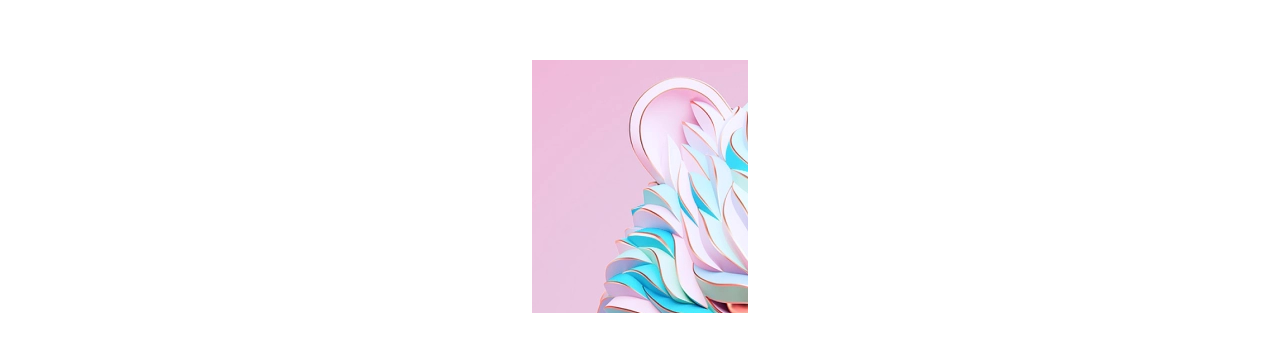
Repository: longNT0dev/C4E132
Page: SS4/index.html
The author's editor kept a copy of each file at every save. The page is drawn from the files as they stood at one save, then again after a run of saves.
The browser window is 1280 px wide. The pictures show the whole page.

Above is the page before, as saved 2022-10-02 21:25:59.

### SS4/index.html
<!DOCTYPE html>
<html lang="en">
  <head>
    <meta charset="UTF-8" />
    <meta http-equiv="X-UA-Compatible" content="IE=edge" />
    <meta name="viewport" content="width=device-width, initial-scale=1.0" />
    <link rel="stylesheet" href="style.css" />
    <title>Document</title>
  </head>
  <body>
    <div class="container">

      <div class="overlay">

        <div class="overlay-information">
          <img src="" />
          <div class="content">
            <h5></h5>
            <span></span>
          </div>
        </div>

        <div class="overlay-loading"></div>

      </div>
    </div>
  </body>
</html>

### SS4/style.css
* {
    margin: 0;
    padding: 0;
    box-sizing: border-box;
}

.container {
    width: 216px;
    height: 253px;
    /* background-color: black; */
    margin: 60px auto;
    background-image: url("oYiTqum.jpg")
}

After the next 3 saves:
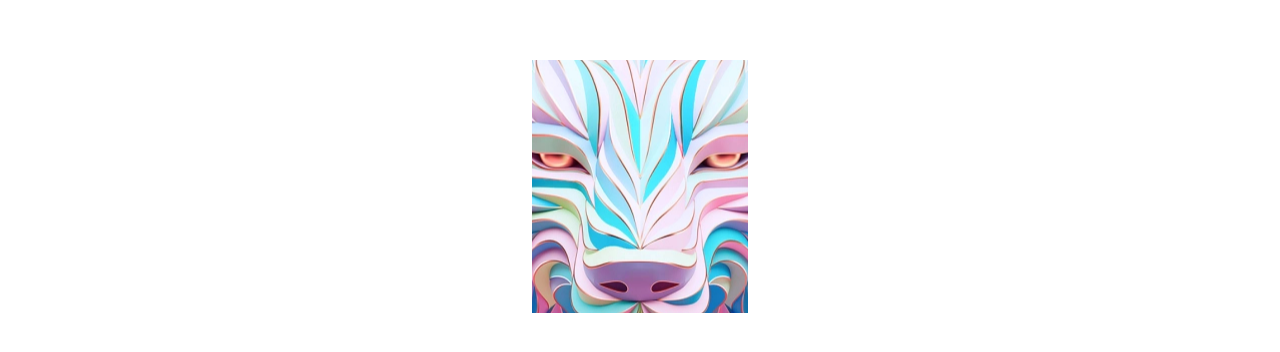
The 3 saves are shown as one change because they came seconds apart.
The last was saved 61 s later.
--- a/SS4/style.css
+++ b/SS4/style.css
@@ -9,5 +9,6 @@
     height: 253px;
     /* background-color: black; */
     margin: 60px auto;
-    background-image: url("oYiTqum.jpg")
+    background-image: url("oYiTqum.jpg");
+    background-position: center;;
 }
